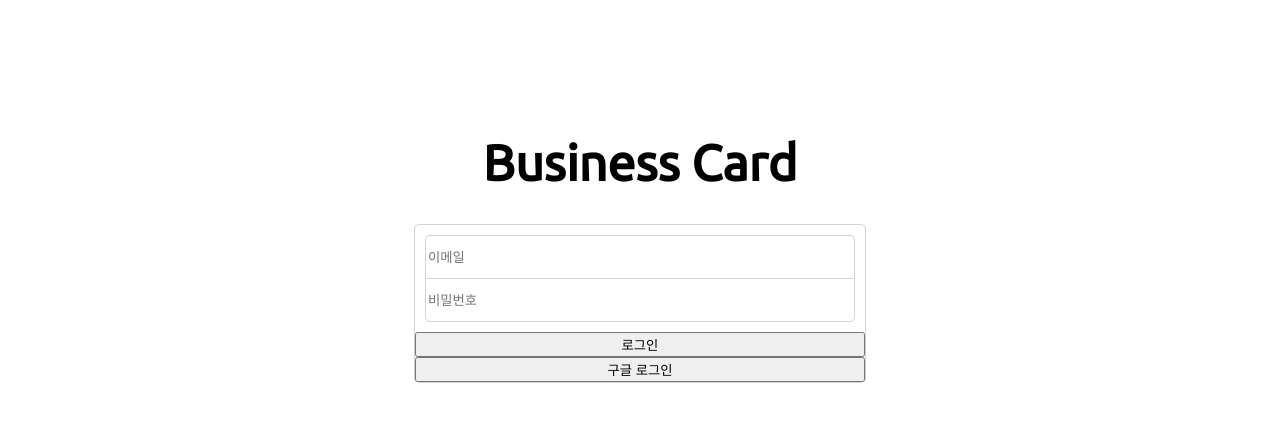
Repository: momo0170/react_businesscard
Page: /login
These files come from the project's save history. The page is drawn as it stood at one moment and after the next save; the edit follows.
The browser window is 1280 px wide. The pictures show the whole page.
The page's requests for data from a server got no answer. The project was rebuilt for these pictures with package versions that can differ from the ones it lists, and the page was loaded fresh each time. No one was signed in, and anything a server would have sent is missing.

Above is the page before, as saved 2022-08-10 19:53:31.

After the next save:
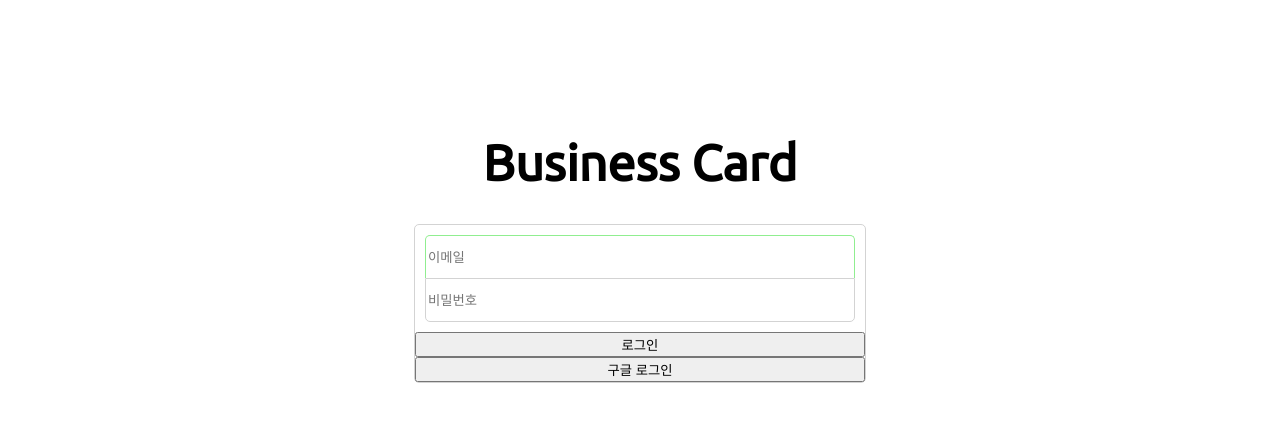
Saved 4 min 47 s later.
--- a/src/css/login.module.css
+++ b/src/css/login.module.css
@@ -30,11 +30,10 @@
 }
 
 .id {
-  border: 1px solid lightGrey;
+  border: 1px solid lightgreen;
   border-bottom: 0;
   border-top-left-radius: 5px;
   border-top-right-radius: 5px;
-  /* transform: translateY(1px); */
 }
 
 .password {
@@ -42,6 +41,7 @@
   border-bottom-left-radius: 5px;
   border-bottom-right-radius: 5px;
 }
+
 .login {
   display: flex;
   flex-direction: column;
